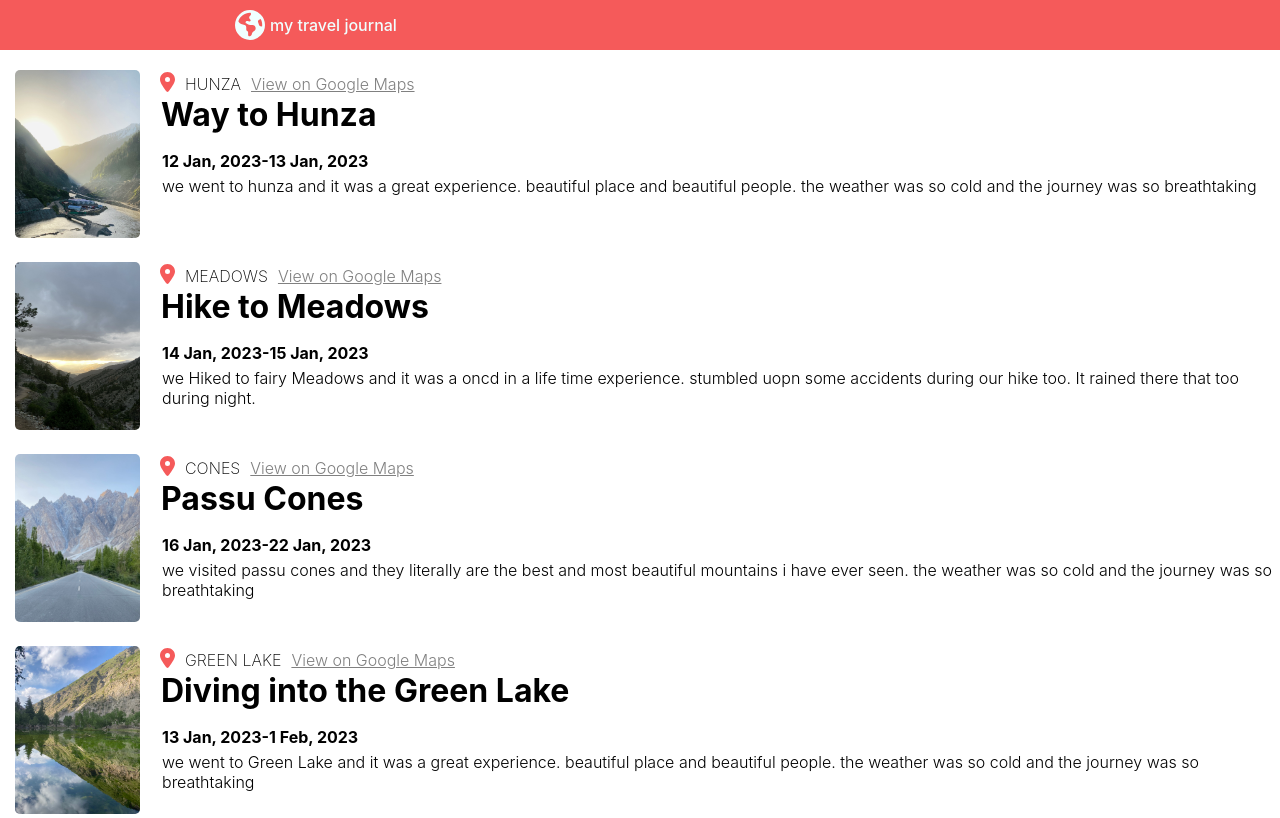
Repository: mortiestmorty1/travel-journal
Page: /
An editor plug-in stored every save of this project. The page is shown before and after the next save, followed by the edit.
The browser window is 1280 px wide. The pictures show the whole page.
The project was rebuilt for these pictures with package versions that can differ from the ones it lists, and the page was loaded fresh each time.

Above is the page before, as saved 2024-01-17 15:51:59.

After the next save:
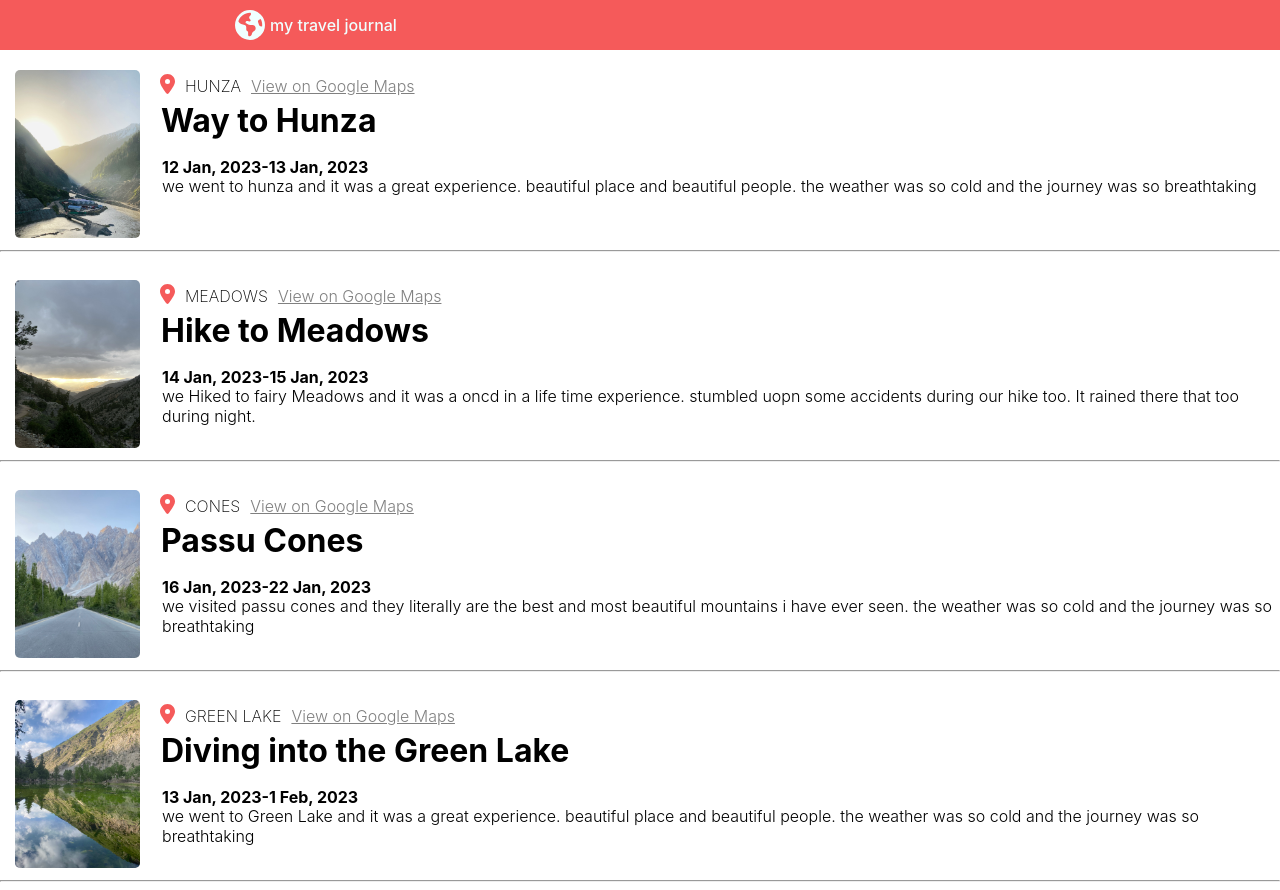
Saved 15 s later.
--- a/src/components/content.js
+++ b/src/components/content.js
@@ -22,6 +22,7 @@
                 <span className="date-end">{props.item.dateend}</span>
             </div>
             <p className="description">{props.item.description}</p>
+            <hr></hr>
         </div>
     )
 }

After the save that followed:
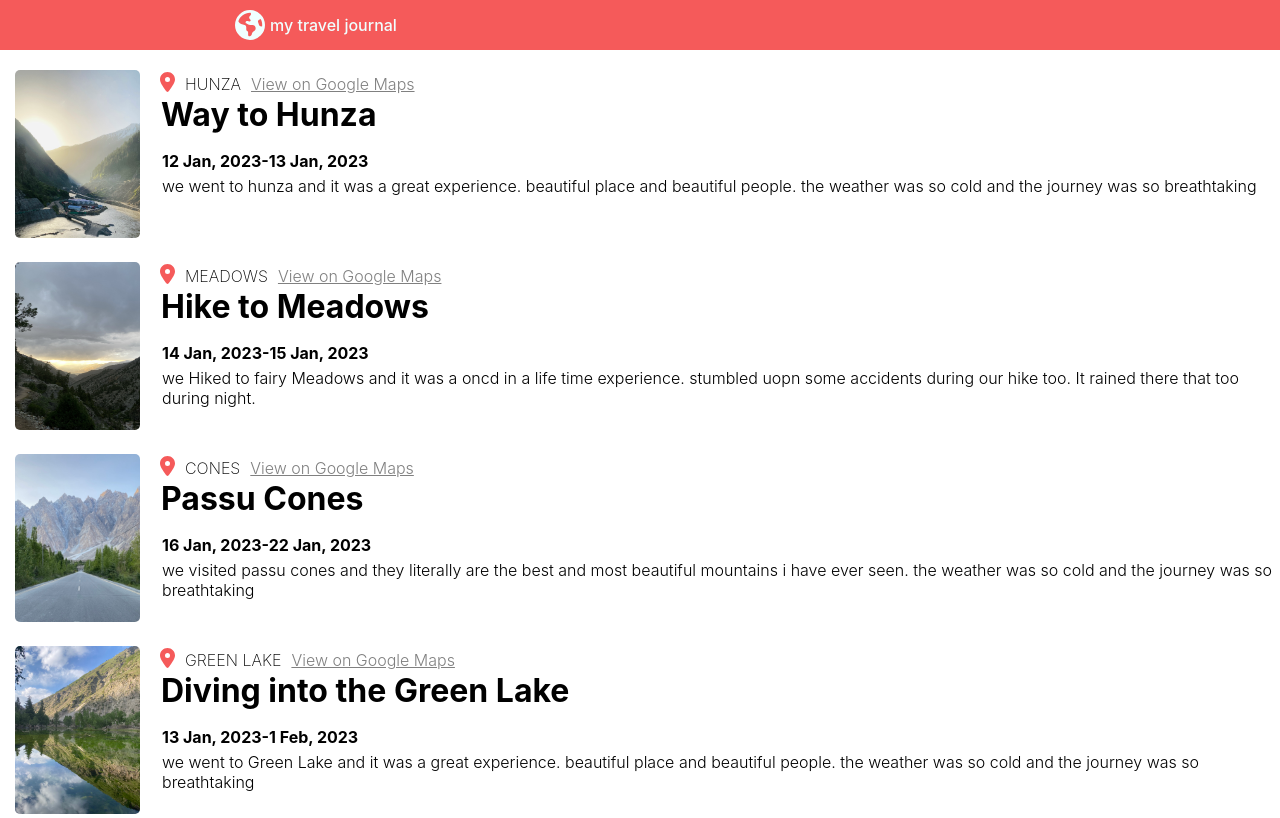
Saved 31 s later.
--- a/src/components/content.js
+++ b/src/components/content.js
@@ -22,7 +22,7 @@
                 <span className="date-end">{props.item.dateend}</span>
             </div>
             <p className="description">{props.item.description}</p>
-            <hr></hr>
+            <line className="line"></line>
         </div>
     )
 }
